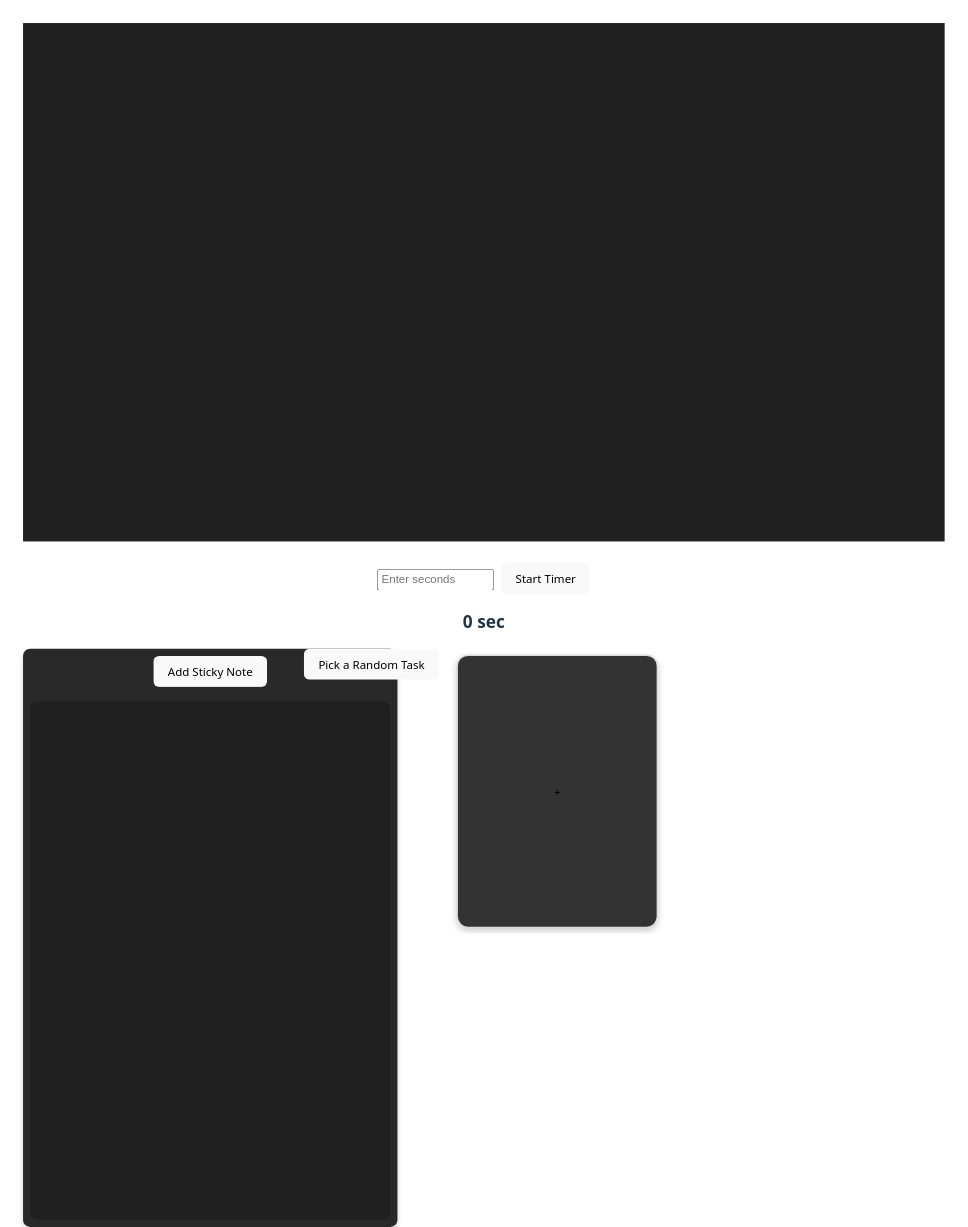
Repository: RamSivaSundaraKarthykeyan/Cards-Task
Page: /
These files come from the project's save history. The page is drawn as it stood at one moment and after the next save; the edit follows.
The browser window is 1280 px wide. The page is 1344 px wide, so the pictures cover 1344 px, including what lies to the right of the window. The pictures show the whole page, at 72% of full size.
The project was rebuilt for these pictures with package versions that can differ from the ones it lists, and the page was loaded fresh each time. Also part of the build but not shown: vite.config.js, src/CSS/checkBox.css, src/components/CheckBox.jsx, src/CSS/TaskCard.css, src/components/TaskCard.jsx.

Above is the page before, as saved 2025-04-16 19:47:32.

### index.html
<!doctype html>
<html lang="en">
  <head>
    <meta charset="UTF-8" />
    <link rel="icon" type="image/svg+xml" href="/vite.svg" />
    <meta name="viewport" content="width=device-width, initial-scale=1.0" />
    <title>New To-Do</title>
  </head>
  <body>
    <div id="root"></div>
    <script type="module" src="/src/main.jsx"></script>
  </body>
</html>

### src/main.jsx
import React, { StrictMode } from "react";
import { createRoot } from "react-dom/client";
import "./CSS/index.css";
import App from "./App.jsx";

createRoot(document.getElementById("root")).render(
  <StrictMode>
    <App />
  </StrictMode>
);

### src/App.jsx
import React from "react";
import "./CSS/App.css";
import Deck from "./components/Deck.jsx";
import { TaskCardProvider } from "./context/TaskCardContext.jsx";
import Timer from "./components/Timer.jsx";
import StickyNotes from "./components/StickyNotes.jsx";

function App() {
  return (
    <>
      <div className="app-container"></div>
      <div className="sidebar">
        <Timer />
        <div className="sticky-note">
          <StickyNotes />
        </div>
      </div>
      <div className="main-content">
        <TaskCardProvider>
          <Deck />
        </TaskCardProvider>
      </div>
    </>
  );
}

export default App;

### src/CSS/App.css
#root {
  max-width: 1280px;
  margin: 0 auto;
  padding: 2rem;
  text-align: center;
}

.logo {
  height: 6em;
  padding: 1.5em;
  will-change: filter;
  transition: filter 300ms;
}
.logo:hover {
  filter: drop-shadow(0 0 2em #646cffaa);
}
.logo.react:hover {
  filter: drop-shadow(0 0 2em #61dafbaa);
}

@keyframes logo-spin {
  from {
    transform: rotate(0deg);
  }
  to {
    transform: rotate(360deg);
  }
}

@media (prefers-reduced-motion: no-preference) {
  a:nth-of-type(2) .logo {
    animation: logo-spin infinite 20s linear;
  }
}

.card {
  padding: 2em;
}

.read-the-docs {
  color: #888;
}

.app-container {
  display: flex;
  flex-direction: row;
  /* Left-to-right layout */
  width: 100vw;
  height: 100vh;
  background-color: #202020;
  /* Same dark background */
}

.main-content {
  flex: 1;
  /* Takes up remaining width */
  position: relative;
  overflow: hidden;
  /* Keep notes within the screen, or remove if you want scroll */
}

.sticky-note {
  position: absolute;
  /* Stays where you place it via top/left */
  width: 500px;
  /* Or any narrower size */
  min-height: 150px;
  background: #292929;
  /* The note’s color */
  padding: 10px;
  box-shadow: 0 4px 8px rgba(0, 0, 0, 0.2);
  cursor: move;
  user-select: none;
  border-radius: 10px;
}

.sticky-note textarea {
  width: 100%;
  height: 100%;
  background: transparent;
  border: none;
  resize: none;
  outline: none;
  color: #000000;
  font-size: 14px;
}

### src/components/Deck.jsx
import React, { useRef, useEffect } from "react";
import TaskCard from "./TaskCard.jsx";
import { useTaskCardContext } from "../context/TaskCardContext.jsx";
import "../CSS/Deck.css";

function Deck() {
  const {
    taskCards,
    addTaskCard,
    removeTaskCard,
    pickRandomTaskCard,
    selectedTaskId,
  } = useTaskCardContext();

  const inputRef = useRef({});

  const handleAddTaskCard = () => {
    const newId =
      taskCards.length === 0 ? 1 : taskCards[taskCards.length - 1].id + 1;
    addTaskCard({ id: newId });
    inputRef.current[newId] = React.createRef();
  };

  const handlePickRandomTaskCard = () => {
    const randomTaskCard = pickRandomTaskCard();
    if (randomTaskCard) {
      alert(`random Task Card:\nIDl: ${randomTaskCard.id}`);
    } else {
      alert(`No Task Cards Available!`);
    }
  };

  useEffect(() => {
    if (taskCards.length > 0) {
      const lastTaskCard = taskCards[taskCards.length - 1];
      inputRef.current[lastTaskCard.id]?.current?.focus();
    }
  }, [taskCards]);

  return (
    <div
      style={{ display: "flex", flexWrap: "wrap", gap: "16px" }}
      className="deck"
    >
      <button onClick={handlePickRandomTaskCard}> Pick a Random Task </button>
      <button className="task-card-add-button" onClick={handleAddTaskCard}>
        +
      </button>
      {taskCards.map((tc) => (
        <TaskCard
          id={tc.id}
          key={tc.id}
          removeTask={() => removeTaskCard(tc.id)}
          inputRef={inputRef.current[tc.id]}
          isSelected={tc.id === selectedTaskId}
        />
      ))}
    </div>
  );
}

export default Deck;

### src/context/TaskCardContext.jsx
import React, { createContext, useContext, useState } from "react";

const TaskCardContext = createContext();

export function TaskCardProvider({ children }) {
  const [taskCards, setTaskCards] = useState([]);
  const [selectedTaskId, setSelectedTaskId] = useState(null);

  const addTaskCard = (taskCard) => setTaskCards((prev) => [...prev, taskCard]);
  const removeTaskCard = (id) =>
    setTaskCards((prev) => prev.filter((tc) => tc.id !== id));

  const pickRandomTaskCard = () => {
    if (taskCards.length === 0) return null;
    const randomIndex = Math.floor(Math.random() * taskCards.length);
    const randomCard = taskCards[randomIndex];
    setSelectedTaskId(randomCard.id);
    return randomCard;
  };

  return (
    // any component that consumes this context will have access to these value objects
    <TaskCardContext.Provider
      value={{
        taskCards,
        addTaskCard,
        removeTaskCard,
        pickRandomTaskCard,
        selectedTaskId,
      }}
    >
      {children}
    </TaskCardContext.Provider>
  );
}

export function useTaskCardContext() {
  return useContext(TaskCardContext);
}

### src/components/Timer.jsx
import React, { useState, useEffect, useRef } from "react";

function Timer() {
  // State to hold the remaining time (in seconds)
  const [time, setTime] = useState(0);
  // State to store the input value from the user
  const [inputValue, setInputValue] = useState("");
  // State to indicate if the timer is running
  const [isRunning, setIsRunning] = useState(false);

  // Ref to store the timer id from setTimeout so it can be cleared if needed
  const timerRef = useRef(null);
  // Ref to store the audio element so we can trigger playback
  const audioRef = useRef(null);

  // useEffect to handle the countdown
  useEffect(() => {
    // If the timer is running and time is not zero, schedule a timeout to decrease time by one second.
    if (isRunning && time > 0) {
      timerRef.current = setTimeout(() => {
        setTime(time - 1);
      }, 1000);
    }
    // When the time reaches zero while the timer is running, play the sound and stop the timer.
    else if (isRunning && time === 0) {
      // Play the sound if the audio element is ready
      if (audioRef.current) {
        audioRef.current.play();
      }
      setIsRunning(false);
    }
    // Cleanup function to clear the timeout if the component re-renders or unmounts.
    return () => clearTimeout(timerRef.current);
  }, [isRunning, time]);

  // Function to start the timer based on the user input
  const startTimer = () => {
    // Convert the input value to an integer (assuming the input is in seconds)
    const seconds = parseInt(inputValue, 10);
    if (!isNaN(seconds) && seconds > 0) {
      setTime(seconds);
      setIsRunning(true);
    }
  };

  return (
    <div style={{ textAlign: "center", marginTop: "30px" }}>
      <input
        type="number"
        value={inputValue}
        onChange={(e) => setInputValue(e.target.value)}
        placeholder="Enter seconds"
        style={{ fontSize: "16px", padding: "4px", width: "150px" }}
      />
      <button
        onClick={startTimer}
        style={{ marginLeft: "10px", fontSize: "16px" }}
      >
        Start Timer
      </button>
      <h2 style={{ marginTop: "20px" }}>{time} sec</h2>
      {/* Audio element plays sound when time is up. Ensure sound.mp3 is available in your public folder or change the src to a valid URL */}
      <audio ref={audioRef}>
        <source src="/alarm.mp3" type="audio/mpeg" />
        Your browser does not support the audio element.
      </audio>
    </div>
  );
}

export default Timer;

### src/components/StickyNotes.jsx
import React, { useState, useEffect } from "react";

function StickyNotes() {
  const [notes, setNotes] = useState([]);
  const [draggingId, setDraggingId] = useState(null);
  const [offset, setOffset] = useState({ x: 0, y: 0 });

  const addNote = () => {
    const newNote = {
      id: Date.now(),
      content: "",
      x: 50,
      y: 50,
    };
    setNotes([...notes, newNote]);
  };

  const handleMouseDown = (e, id) => {
    const note = notes.find((n) => n.id === id);
    if (note) {
      setDraggingId(id);
      setOffset({
        x: e.clientX - note.x,
        y: e.clientY - note.y,
      });
    }
  };

  useEffect(() => {
    const handleMouseMove = (e) => {
      if (draggingId !== null) {
        setNotes((prevNotes) =>
          prevNotes.map((note) =>
            note.id === draggingId
              ? { ...note, x: e.clientX - offset.x, y: e.clientY - offset.y }
              : note
          )
        );
      }
    };

    const handleMouseUp = () => {
      setDraggingId(null);
    };

    if (draggingId !== null) {
      document.addEventListener("mousemove", handleMouseMove);
      document.addEventListener("mouseup", handleMouseUp);
    }

    return () => {
      document.removeEventListener("mousemove", handleMouseMove);
      document.removeEventListener("mouseup", handleMouseDown);
    };
  }, [draggingId, offset]);

  const updateContent = (id, content) => {
    setNotes((prevNotes) =>
      prevNotes.map((note) => (note.id === id ? { ...note, content } : note))
    );
  };

  return (
    <div>
      <button onClick={addNote} style={{ marginBottom: "20px" }}>
        Add Sticky Note
      </button>
      <div
        style={{
          position: "relative",
          height: "100vh",
          border: "none",
          background: "#202020",
          borderRadius: "10px",
          overflow: "hidden",
        }}
      >
        {notes.map((note) => (
          <div
            key={note.id}
            onMouseDown={(e) => handleMouseDown(e, note.id)}
            style={{
              position: "absolute",
              top: note.y,
              left: note.x,
              width: "200px",
              minHeight: "150px",
              background: "yellow",
              padding: "10px",
              cursor: "move",
              boxShadow: "0 4px 8px rgba(0,0,0,0.2)",
              userSelect: "none",
            }}
          >
            <textarea
              value={note.content}
              onChange={(e) => updateContent(note.id, e.target.value)}
              placeholder="Enter your note"
              style={{
                width: "100%",
                height: "100%",
                background: "transparent",
                border: "none",
                resize: "none",
                outline: "none",
                color: "black",
              }}
            />
          </div>
        ))}
      </div>
    </div>
  );
}

export default StickyNotes;

### src/CSS/Deck.css
.task-card-add-button {
    width: 280px;
    height: 380px;
    margin: 8px;
    display: flex;
    justify-content: center;
    align-items: center;
    border: 2px solid #ddd;
    border-radius: 16px;
    background: #333;
    box-shadow: 0 4px 10px rgba(0, 0, 0, 0.2);
    cursor: pointer;
    box-sizing: border-box;
    /* Ensures uniform size */
}

.task-card-add-button:hover {
    transform: scale(1.05);
    box-shadow: 0 6px 12px rgba(0, 0, 0, 0.2);
}

.deck {
    display: flex;
    flex-wrap: wrap;
    gap: 16px;
    justify-content: center;
    align-items: flex-start;
}

Loaded but not shown: src/index.css (common file)

After the next save:
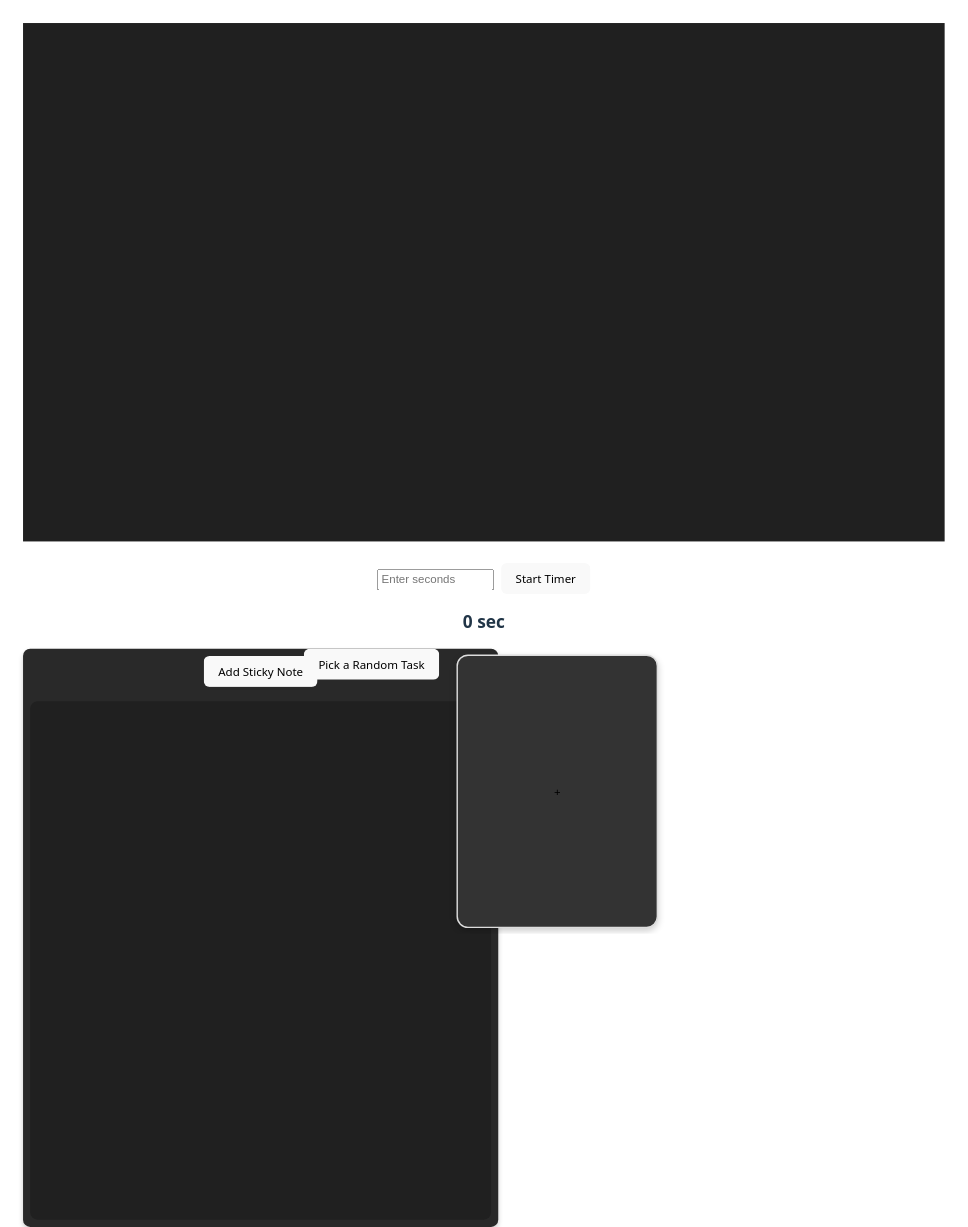
Saved 79 s later.
--- a/src/CSS/App.css
+++ b/src/CSS/App.css
@@ -62,7 +62,7 @@
 .sticky-note {
   position: absolute;
   /* Stays where you place it via top/left */
-  width: 500px;
+  width: 50%;
   /* Or any narrower size */
   min-height: 150px;
   background: #292929;
